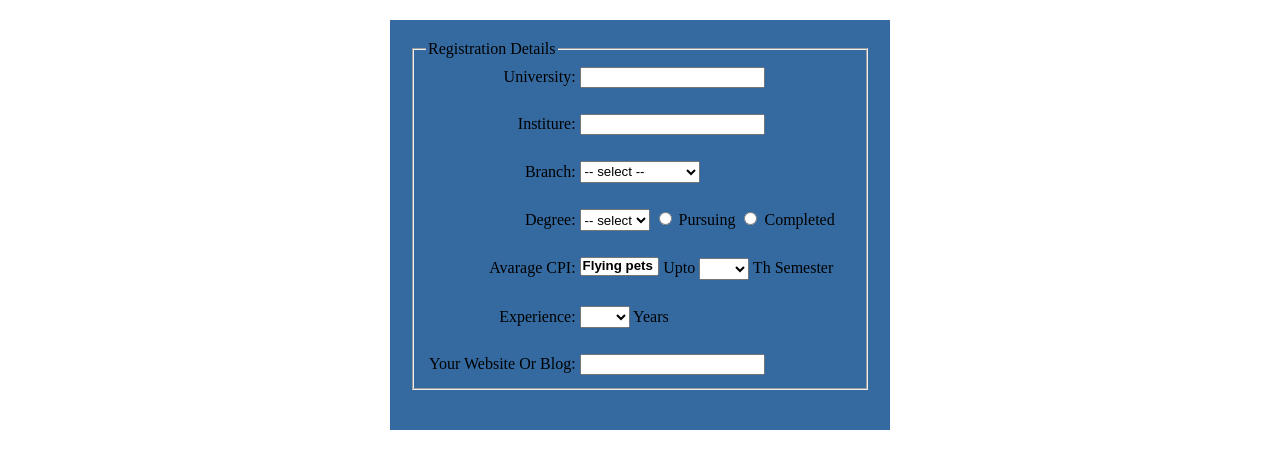
Repository: Helianthusss/Learn-CPP
Page: HTML/lap2/bai5.html
These files come from the project's save history. The page is drawn as it stood at one moment and after the next save; the edit follows.
The browser window is 1280 px wide. The pictures show the whole page.

Above is the page before, as saved 2021-10-10 13:58:46.

After the next save:
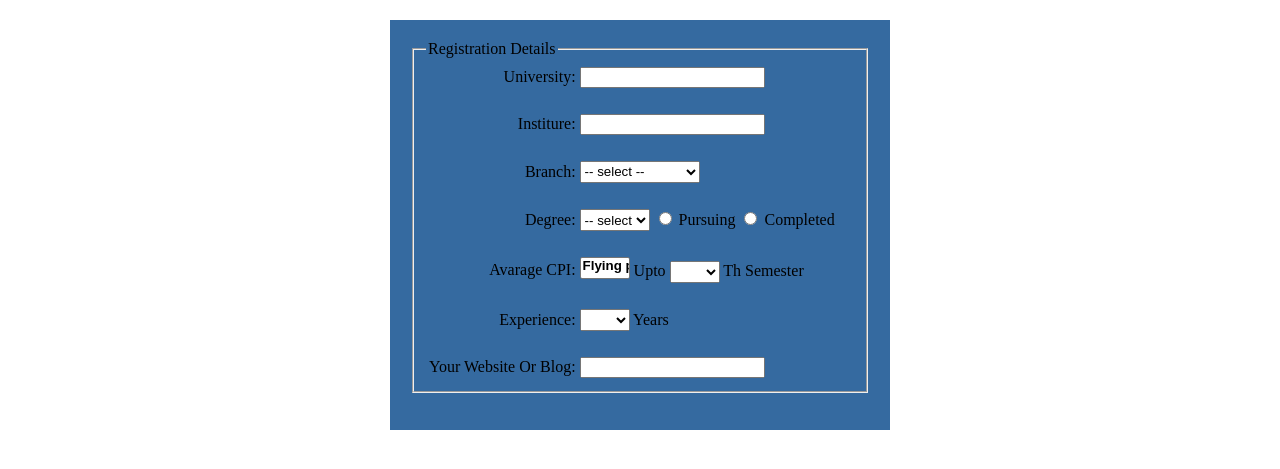
Saved 46 s later.
--- a/HTML/lap2/bai5.html
+++ b/HTML/lap2/bai5.html
@@ -85,8 +85,7 @@
                 </td>
 
                 <td>
-                  <select name="pets" multiple size="1">
-
+                  <select name="united" multiple size="1" style="width: 50px; height: 22px">
                       <optgroup label="Flying pets">
                         <option value="parrot">Parrot</option>
                         <option value="macaw">Macaw</option>
